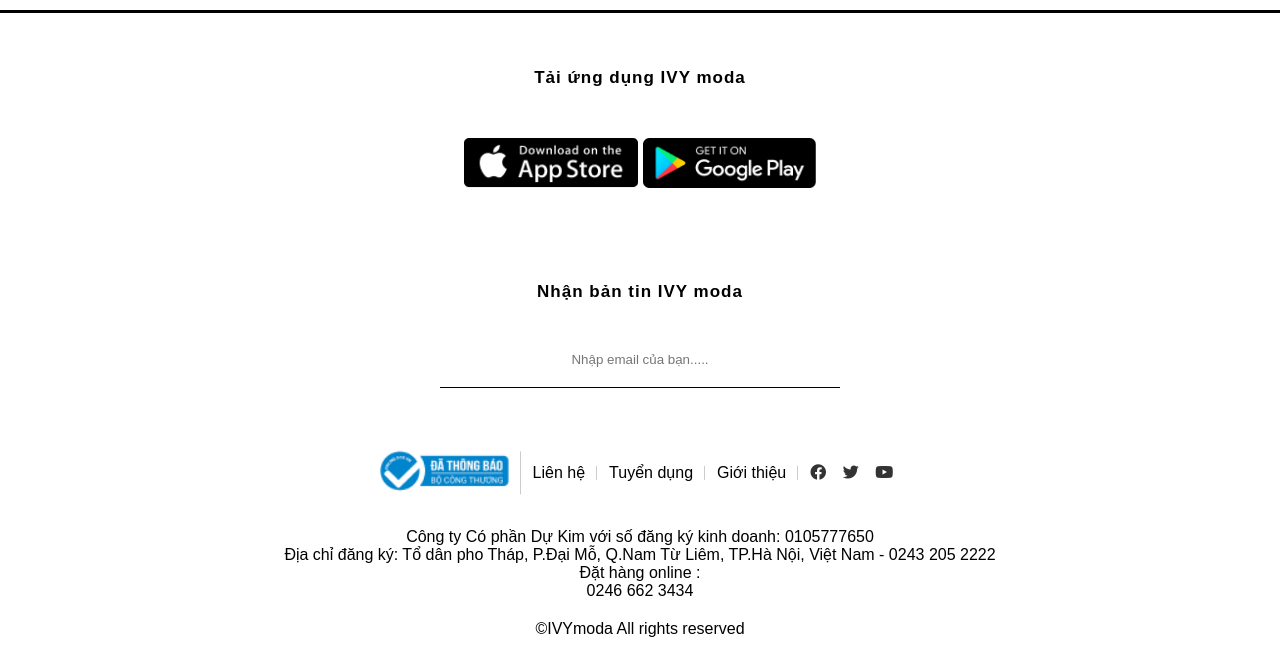
Repository: dinhvanbinh2310/ivy-moda
Page: payment.html
The author's editor kept a copy of each file at every save. The page is drawn from the files as they stood at one save, then again after the next save.
The browser window is 1280 px wide. The pictures show the part of the page from y = 1228 to 1905 px (the page is 1886 px tall before and 1905 px after).
A picture or video elsewhere on the page could not be fetched, so the positions and the page height are approximate.

Above is the page before, as saved 2022-05-09 00:32:42.

### payment.html
<!DOCTYPE html>
<html lang="en">
<head>
    <meta charset="UTF-8">
    <meta http-equiv="X-UA-Compatible" content="IE=edge">
    <meta name="viewport" content="width=device-width, initial-scale=1.0">
    <link rel="stylesheet" href="./fontawesome-free-6.1.1-web/css/all.css">
    <link rel="stylesheet" href="./css/style.css">
    <title>IVY moda</title>
</head>
<body>
<header>
    <div class="logo">
        <img src="./Images/logo.png" alt="logo" class="logo">
    </div>
    <div class="menu">
        <li><a href="">NỮ</a>
            <ul class="sub-menu">
                <li> <a href="">Hàng mới về</a>
                </li>
                <li> <a href="">Collection</a>
                </li>
                <li> <a href=""> Áo</a>
                    <ul>
                        <li> <a href="">Áo sơ mi</a>
                        </li>
                        <li> <a href="">Áo thun</a>
                        </li>
                        <li> <a href="">Áo khoác</a>
                        </li>
                        <li> <a href="">Áo len</a>
                        </li>
                    </ul>
                </li>
                <li> <a href="">Quần</a>
                    <ul>
                        <li> <a href="">Quần jean</a>
                        </li>
                        <li> <a href="">Quần lửng</a>
                        </li>
                        <li> <a href="">Quần dài</a>
                        </li>
                    </ul>
                </li>
            </ul>
        </li>
        <li><a href="">NAM</a>
        </li>
        <li><a href="">TRẺ EM</a>
        </li>
        <li><a href="">SALE</a>
        </li>
        <li><a href="">KHẨU TRANG</a>
        </li>
        <li><a href="">BST</a>
        </li>
        <li><a href="">THÔNG TIN</a>
        </li>
    </div>
    <div class="others">
        <li>
            <input placeholder="Tìm kiếm" type="text"> <i class="fa-solid fa-magnifying-glass"></i>
        </li>
        <li>
            <a class="fa-solid fa-paw" href=""></a>
        </li>
        <li>
            <a class="fa-solid fa-user" href=""></a>
        </li>
        <li>
            <a class="fa-solid fa-bag-shopping" href=""></a>
        </li>
    </div>
</header>
<!-----------------------------Payment----------------------------->
<section class="payment">
  <div class="container">
    <div class="delivery-top-wrap">
        <div class="delivery-top">
          <div class="delivery-top-delivery payment-top-item">
            <i class="fa-solid fa-cart-shopping "></i>
          </div>
          <div class="delivery-top-adress payment-top-item">
            <i class="fa-solid fa-location-dot"></i>
          </div>
          <div class="delivery-top-payment payment-top-item">
            <i class="fa-solid fa-credit-card "></i>
          </div>
        </div>
</div>
</div>
<div class="container">
  <div class="payment-content row">
    <div class="payment-content-left">
        <div class="payment-content-left-method-delivery">
          <p style="font-weight: bold;">Phương thức giao hàng</p>
        </div>
        <div class="payment-content-left-method-delivery-item">
          <input type="radio">
          <label for="">Giao hàng chuyển phát nhanh</label>
        </div>
            <div class="payment-content-left-method-payment">
              <p style="font-weight: bold;">Phương thức thanh toán</p>
              <p>Mọi giao dịch đều được bảo mật và mã hóa. Thông tin thẻ tín dụng sẽ không bao giờ được lưu lại.</p>
              <div class="payment-content-left-method-payment-item">
                <input name="method-payment" type="radio">
                  <label for="">Thanh toán bằng thẻ tín dụng(OnePay)</label>
              </div>
              <div class="payment-content-left-method-payment-item-img">
                <img src="https://onepay.vn/paygate/token/assets/img/VS.svg" alt="">
              </div>
              <div class="payment-content-left-method-payment-item">
                <input checked type="radio">
                  <label for="">Thanh toán bằng ATM(OnePay)</label>
              </div>
              <div class="payment-content-left-method-payment-item-img">
                <img src="https://onepay.vn/paygate/token/assets/img/banklogo/8_logo_full.svg" alt="">
              </div>
              <div class="payment-content-left-method-payment-item">
                <input type="radio">
                  <label for="">Thanh toán Momo</label>
              </div>
              <div class="payment-content-left-method-payment-item-img">
                <img src="https://payment.momo.vn/gw_payment/faces/javax.faces.resource/material/img/logo-1.png" alt="">
              </div>
              <div class="payment-content-left-method-payment-item">
                <input name="method-payment" type="radio">
                  <label for="">Thanh toán khi nhận hàng</label>
              </div>
            </div>
    </div>
    <div class="payment-content-right">
        <div class="payment-content-right-button">
          <input type="text" placeholder="Mã giảm giá/Qùa tặng">
            <button><i class="fa-solid fa-check"></i></button>
        </div>
        <div class="payment-content-right-button">
          <input type="text" placeholder="Mã cộng tác viên">
            <button><i class="fa-solid fa-check"></i></button>
        </div>
        <div class="payment-content-right-mvn">
          <select name="" id="" >
              <option value="">Chọn mã nhân viên thân thiết</option>
              <option value="">D345</option>
              <option value="">A345</option>
              <option value="">E345</option>
              <option value="">I345</option>
          </select>
        </div>
    </div>
  </div>
</div>
</section>


<div class="dot-horizontal">
</div>
<!------------------------------Footer---------------------------------->
<section class="app-container">
  <p>Tải ứng dụng IVY moda</p>
  <div class="app-google">
      <img src="./Images/appstore.png" alt="">
      <img src="./Images/googleplay.png" alt="">
  </div>
  <p>Nhận bản tin IVY moda</p>
  <input type="text" placeholder="Nhập email của bạn.....">
</section>

<div class="footer-top">
  <li>
      <a href=""> <img src="./Images/img-congthuong.png" alt="">
      </a>
  </li>
  <li>Liên hệ</li>
  <li>Tuyển dụng</li>
  <li>Giới thiệu</li>
  <li>
      <a href="" class="fa-brands fa-facebook"></a>
      <a href="" class="fa-brands fa-twitter"></a>
      <a href="" class="fa-brands fa-youtube"></a>
  </li>
</div>
<div class="footer-center">

  <p>
      Công ty Có phần Dự Kim với số đăng ký kinh doanh: 0105777650
      <br> Địa chỉ đăng ký: Tổ dân pho Tháp, P.Đại Mỗ, Q.Nam Từ Liêm, TP.Hà Nội, Việt Nam - 0243 205 2222
      <br> Đặt hàng online :
      <br>0246 662 3434
      <br>
  </p>
</div>
<div class="footer-bottom">
  ©IVYmoda All rights reserved
</div>
</body>
  </html>

### css/style.css
*{
  margin: 0;
  padding: 0;
  box-sizing: border-box;
  font-family: Arial, Helvetica, sans-serif;
}
li{
  list-style: none;
}
a{
  text-decoration: none;
  color: #000;
}
header{
  display: flex;
  justify-content: space-between;
  height: 70px;
  padding: 12px 50px;
  align-items: center;
  position: fixed;
  top: 0;
  left: 0;
  z-index: 1;
  background:#DDDDDDDD;
  width: 100%;
}

.logo{
  flex: 1;
  padding-top: 10px;
 size: 5px;
}
.menu{
  flex: 3;
  display: flex;
}
.menu > li{
  padding: 0 12px;
  position: relative;
}
.menu  li a{
  font-size: 12px;
  font-weight: bold;
  display: block;
  line-height: 20px;
}
.menu > li:hover .sub-menu{
  visibility: visible;
  top: 45px;
}
.sub-menu{
  position: absolute;
  width: 150px;
  border: 1px solid #ccc;
  padding: 10px 0 10px 20px;
  visibility: hidden;
  top: 75px;
  transition: 0.3s;
  z-index: 1;
  background-color: #fff;
}
.sub-menu ul{
  padding-left: 20px;
}
.sub-menu li a{
  font-size: 12px;
  font-weight: normal;
}

.others{
  flex: 1;
  display: flex;
}
.others > li{
  padding: 0 12px;
  position: relative;
}
.others>li::after{
  content: "";
  display: block;
  width: 1px;
  height: 75%;
  background: #cccccc;
  position: absolute;
  right: 0;
  top: 50%;
  transform: translateY(-50%);
}
.others > li:first-child{
  position: relative;

}
.others > li:first-child input{
  width: 100%;
  height: 100%;
  background: #0000;
  border: none;
  border-bottom:1px solid #333 ;
}
.others > li:first-child i{
position: absolute;
right: 10px;
}
.sliders{
  overflow: hidden;
}
.aspect-ratio-169 {
  display: block;
  position: relative;
  padding-top: 56.25%;
  transition: 0.3s;
}
.aspect-ratio-169 img {
  display: block;
  position: absolute;
  width: 100%;
  height: 100%;
  top: 0;
  left: 0;
}
.dot-container{
  position:absolute;
  height: 30px;
  width: 100%;
  display: flex;
  justify-content: center;
  padding-top: 10px;
}
.dot-horizontal{
  border-bottom: 3px solid black;
  padding-top: 30px;
 width: 100%;
 height: 100%;
 size: 100%;
}
.dot{
  height: 16px;
  width: 16px;
  background-color: #ccc;
  border-radius: 50%;
  margin-right: 12px;
  cursor: pointer;
}
.dot.active{
  background-color: #333;
}
/* -------------------------------app---------------------------- */
.app-container{
  text-align: center;
  align-items: center;
  padding: 15px 0 50px 0;
}
.app-google{
  margin:50px;
}
.app-google img{
  height: 50px;
  cursor: pointer;
}
.app-container p{
line-height: 20px;
letter-spacing: 1px;
font-size: 17px;
color:#000;
font-weight: bold;
padding-top: 40px;
}
.app-container input{
  margin-top: 50px;
  border: none;
  border-bottom: 1px solid #000;
  padding-bottom: 20px;
  width: 400px;
  text-align: center;
  outline: none;
}
.footer{
  text-align: center;
}
.footer-top{
  display: flex;
  text-align: center;
  justify-content: center;
  align-items: center;
  margin-bottom: 20px;
  height: 70px;
}
.footer-top img{
  height: 50px;
}
.footer-top li{
  padding: 0 12px;
  position: relative;
}
.footer-top li::after{
  content:"";
  display: block;
  width: 1px;
  height: 80%;
  background-color: #cccccc;
  position: absolute;
  right: 0;
  top: 50%;
  transform: translateY(-50%);
}
.footer-top li:last-child::after{
  display: none;
}
.footer-top li:last-child a{
margin-right: 12px;
color:#333;
}
.footer-center{
  text-align: center;
}
.footer-bottom{
  margin: 20px 0;
  text-align: center;
}
/* Cartegory */
.cartegory{
  padding: 100px 0 0;
}
.container{
  max-width: 1200px;
  margin: auto;
}
.row{
  display: flex;
  flex-wrap: wrap;
}
.cartegory-top{
  margin-bottom: 50px;
}
.cartegory-top p{
  font-family: Arial, Helvetica, sans-serif;
margin: 0 12px;
font-size: 12px;
}
.cartegory-left{
  width: 20%;
}
.cartegory-right{
  width: 80%;
}
.cartegory-right-top-item:first-child{
  flex: 2;
font-size: 16px;
font-family: Arial, Helvetica, sans-serif;
font-weight: bold;
}
.cartegory-right-top-item{
  flex: 1;
  padding: 0 12px;
}
.cartegory-right-top-item button{
  width: 100%;
  padding: 10px 15px;
  display: flex;
  justify-content: space-between;
  background-color: #ffff;
  border: 1px solid #dddd;
  cursor: pointer;
}
.cartegory-right-top-item select{
  width: 100%;
  padding: 10px 15px;
  display: flex;
  justify-content: space-between;
  background-color: #ffff;
  border: 1px solid #dddd;
  cursor: pointer;
}
.cartegory-right-content{
  margin-top: 20px;
  justify-content: space-between;
}
.cartegory-right-content-item{
  width: calc(25% - 12px);
  text-align: center;
  padding: 12px 0;
}
.cartegory-right-content-item h1{
  font-size: 11px;
font-family: Arial, Helvetica, sans-serif;
  margin-top: 6px;
  color: #333333;
}
.cartegory-right-content-item img{
  width: 100%;
}
.cartegory-right-content-item p{
  font-size: 12px;
}
.cartegory-right-bottom{
  justify-content: space-between;
  margin: 30px 0 20px;
  width: 100%;
}
.cartegory-right-bottom p{
  font-family: Arial, Helvetica, sans-serif;
font-size: 11px;
}
.cartegory-left ul li{
  padding: 12px 0;
}
.cartegory-left ul li >a{
  color: black;
  font-size: 16px;
  font-weight: bold;
  font-family: Arial, Helvetica, sans-serif;
}
.cartegory-left ul li ul li{
  padding-left: 10px;
}
.cartegory-left-li ul{
  display: none;
}
.cartegory-left-li.block ul{
  display: block;
}
.cartegory-left ul li ul li a{
  color: #333333;
}
/* -----------------Product------------------ */
.product{
  padding: 100px 0;

}
.product-top{
  margin-bottom: 30px;
}
.product-top p{
  font-family: Arial, Helvetica, sans-serif;
  margin: 0 12px;
  font-size: 12px;
}
.product-content-left{
  width: 50%;
}

.product-content-left-big-img{
  width: 80%;
  padding-right: 20px;
}
.product-content-left-big-img img{
  width: 100%;
}
.product-content-left-small-img{
  width: 20%;
}
.product-content-left-small-img img{
  width: 100%;
  cursor: pointer;
}
.product-content-right{
  width: 50%;
  padding-left: 20px;
}
.product-content-right-product-name{
  font-family: Arial, Helvetica, sans-serif;
font-size: 16px;
}
.product-content-right-product-name p{
  color: #cccc;
  font-size: 12px;
}
.product-content-right-product-price{
  margin: 12px 0;
  font-size: 20px;
  font-weight: bold;
  font-family: Arial, Helvetica, sans-serif;
}
.product-content-right-product-color img{
  width: 30px;
  height: 30px;
  border-radius: 50%;
}
.product-content-right-product-color-img{
  height: 40px;
  width: 40px;
  border: 1px soild #333;
  display: flex;
  align-items: center;
  justify-content: center;
  margin: 12px 0;
}
.size span{
  display: inline-block;
  padding: 3px 6px;
  border: 1px solid #dddddd;
  margin: 12px 10px 12px 0;
  font-size: 17px;
  cursor: pointer;
}
.quantity{
  display: flex;
  margin-bottom: 20px;
}
.quantity input{
  width: 35px;
  padding-left: 3px;
}
.product-content-right-product-button button{
  width: 150px;
  height: 40px;
  display: block;
  margin: 20px 0 12px;
  transition: all 0.3s ease;
}
.product-content-right-product-button button:first-child{
  display: flex;
  justify-content: space-evenly;
  align-items: center;
  background-color: #ffff;
  border: 2px solid black;
  cursor: pointer;
}
.product-content-right-product-button button:first-child:hover{
  background-color: black;
  color: #ffff;
}
.product-content-right-product-button button:last-child{
  color: #BF8A49;
  border: 2px solid #BF8A49;
  background-color: #ffff;
  cursor: pointer;
}
.product-content-right-product-icon {
display: flex;
}
.product-content-right-product-icon p{
  list-style: none;
  color: #000;
  font-weight: 200;
  font-size: 14px;
  font-family: Arial, Helvetica, sans-serif;
  margin-right: 6px;
}
.product-content-right-product-icon-item{
  display: flex;
  margin-right: 12px;
  justify-content: center;
  align-items: center;
}
.product-content-right-product-icon-item i{
  font-size: 12px;
  margin-right: 6px;
  display: flex;
}
.product-content-right-product-icon-item p {
margin-left: 6px;
}
.product-content-right-product-qr img{
  margin: 20px 0;
  width:60px;
  height:60px;
}
.product-content-right-bottom{
  padding-top: 40px;
  border-top: 1px solid #dddd;
  position: relative;

}
.product-content-right-bottom-top{
position: absolute;
width: 30px;
height: 30px;
border: 2px solid #dddd;
display: flex;
justify-content: center;
align-items: center;
background-color: #ffff;
left: 50%;
top: -15px;
border-radius: 50%;
transform: translateX(-50%);
cursor: pointer;
}
.product-content-right-bottom-content-title{
  border-bottom: 2px solid #dddd;
}
.product-content-right-bottom-content-title-item{
  padding: 6px;
  cursor: pointer;
  margin-right: 6px;
}
.product-content-right-bottom-content-title-item p{
  font-family: Arial, Helvetica, sans-serif;
  font-size: 14px;
}
.product-content-right-bottom-content{
  padding-top: 30px;
  color: #3e3e3f;
  font-size: 14px;
 }
 .product-content-right-bottom-content-detail{
   display: none;
 }
 .product-content-right-bottom-content-detail th{
   padding-right: 50px;
   text-align: left;
 }
 .product-content-right-bottom-content-preserve{
  display: none;
 }
.activeB{
  display: none;
}
/*---------------------product related----------------- */
.product-related{
  margin-bottom: 50px;
}
.product-related-title{
  margin: 20px 0;
}
.product-related-title p{
  font-family: Arial, Helvetica, sans-serif;
  font-size: 14px;
  font-weight: bold;
  color: #333;
}
.product-related-item{
  width: 20%;
  text-align: center;
  padding: 0 6px;
}
.product-related-item img{
  width: 100%;
}
.product-related-item h1{
  font-family: Arial, Helvetica, sans-serif;
  font-size: 12px;
  color: #333;
  margin-top: 6px;
}
.product-related-item p{
  font-size: 12px;
  text-decoration: line-through;
}
/*-----------------------------cart-----------------------------*/
.cart{
  padding: 100px 0;
}
.cart-top-wrap{
  display: flex;
  justify-content: center;
  align-items: center;
}
.cart-top{
  display: flex;
  height: 2px;
  width: 70%;
  background-color: #ddd;
  justify-content: space-between;
  align-items: center;
  margin: 50px 0 100px;
}
.cart-top-item{
  width: 40px;
  height: 40px;
  border-radius: 50%;
  border: 1px solid #dddd;
  display: flex;
  align-items: center;
  justify-content: center;
  background-color: #fff;
}
.cart-top-item i{
  color: #dddd;
}
.cart-top-cart {
  border: 1px solid #0DB7EA;
}
.cart-top-cart i{
  color: #0DB7EA;
}
.cart-content-left{
  flex: 2;
  padding-right: 12px;
}
.cart-content-left table{
  width: 100%;
  text-align: center;
}
.cart-content-left table th{
  padding-bottom: 30px;
  font-family: Arial, Helvetica, sans-serif;
  font-style: 12px;
  text-transform: uppercase;
  color: #333;
  border-collapse: collapse;
  border-bottom: 2px solid #dddd;
}
.cart-content-left table p{
  padding-bottom: 30px;
  font-family: Arial, Helvetica, sans-serif;
  color: #333;
}
.cart-content-left table input{
  width: 30px;
  margin-bottom: 30px;
}
.cart-content-left table span{
  display: block;
  margin-bottom: 30px;
  width: 20px;
  height: 20px;
  border: 1px solid #ddd;
  cursor: pointer;
}
.cart-content-left table td{
  padding: 20px 0;
  border-bottom: 2px solid #ddd;
}
.cart-content-left table td img{
  padding-bottom: 30px;
  font-family: Arial, Helvetica, sans-serif;
}
.cart-content-left td:first-child img{
  width: 130px;
}
.cart-content-left td:nth-child(2){
  max-width: 130px;
}
.cart-content-left td:nth-child(3) img{
  width: 30px;
}
.cart-content-right{
  flex: 1;
  padding-left: 12px;
  border-left: 2px solid #dddd;
}
.cart-content-right table{
  width: 100%;
}
.cart-content-right table th{
  padding-bottom: 35px;
  font-family: Arial, Helvetica, sans-serif;
  font-size: 12px;
  color: #333;
  border-collapse: collapse;
  border-bottom: 2px solid #dddd;
}
.cart-content-right table td{
  font-family: Arial, Helvetica, sans-serif;
  font-size: 12px;
  color: #333;
  padding: 6px 0;
}
.cart-content-right tr:nth(4) td{
  border-bottom: 2px solid #dddd;

}
.cart-content-right tr td:last-child{
  text-align: right;
}
.cart-content-right-text{
  margin: 20px 0;
  text-align: center;
}
.cart-content-right-text p{
  font-family: Arial, Helvetica, sans-serif;
  font-size: 12px;
  color: #333;
  padding-top: 20px;
}
.cart-content-right-button{
  text-align: center;
  align-items: center;
}
.cart-content-right-button button{
  padding: 0 18px;
  margin-top: 20px;
  height: 35px;
  cursor: pointer;;
}
.cart-content-right-button button:first-child{
  background-color: #fff;
  border: 1px solid black;
  margin-right: 20px;
}
.cart-content-right-button button:first-child:hover{
  background-color: #ddd;
}
.cart-content-right-button button:last-child{
  background-color: black;
  color: #fff;
  border: none;
  border: 1px solid black;
}
.cart-content-right-button button:last-child:hover{
  background-color: #dddd;
  color: black;
}
.cart-content-right-login{
  margin-top: 20px;
}
.cart-content-right-login p{
  font-family: Arial, Helvetica, sans-serif;
  font-size: 12px;
  color: #333;
  padding-top: 30px;
}
/*-----------------------------Delivery-----------------------------*/
.delivery{
  padding: 100px 0;
}
.delivery-top-wrap{
  display: flex;
  justify-content: center;
  align-items: center;
}
.delivery-top{
  height: 2px;
  width: 70%;
  background-color: #dddd;
  display: flex;
  justify-content: space-between;
  align-items: center;
  margin: 50px 0 100px;
}
.delivery-top-item{
  width: 40px;
  height: 40px;
  border-radius: 50%;
  border: 1px solid #dddd;
  display: flex;
  align-items: center;
  justify-content: center;
  background-color: #fff;
}
.delivery-top-item i{
  color: #dddd;
}
.delivery-top-adress {
  border:1px solid #0DB7EA;
}
.delivery-top-adress i{
  color: #0DB7EA;
}
.delivery-content-left{
  width: 60%;
  padding-right: 12px;
}
.delivery-content-left p{
  font-family: Arial, Helvetica, sans-serif;
  font-size: 12px;
}
.delivery-content-left label{
  font-family: Arial, Helvetica, sans-serif;
  font-size: 12px;
  margin-bottom: 6px;
  display: block;
}
.delivery-content-left > p{
  font-weight: bold;
}
.delivery-content-left-signin{
  margin-top: 12px;
}
.delivery-content-left-signin i{
  font-size: 12px;
  margin-right: 12px;
}
.delivery-content-left-strange-customers{
  margin: 12px 0;
}
.delivery-content-left-strange-customers input{
  margin-right: 12px;
}
.delivery-content-left-signup{
  margin-bottom: 30px;
}
.delivery-content-left-signup  input{
  margin-right: 12px;
}
.delivery-content-left-input-top{
justify-content: space-between;
 margin-bottom: 18px;
}
.elivery-content-left-input-top-item{
  width: calc(50% - 12px);
}
.delivery-content-left-input-top-item input{
  width: 100%;
  height: 35px;
  border: 1px solid #ddd;
  padding-left: 6px;
}
.delivery-content-left-input-input-bottom input{
  width: 100%;
  height: 35px;
  border: 1px solid #ddd;
  padding-left: 6px;
}
.delivery-content-left-button p {
display: inline-block;
font-family: Arial, Helvetica, sans-serif;
font-size: 12px;
}
.delivery-content-left-button span{
  margin-right: 12px;
}
.delivery-content-left-button{
  justify-content: space-between;
  padding-top: 20px;
}
.delivery-content-left-button button{
  height: 35px;
  border: 1px solid black;
  padding: 6px 12px;
  cursor: pointer;
  transition: all 0.2s ease ;
}
.delivery-content-left-button button:hover{
    background-color: black;
    color: #fff;
}
.delivery-content-right{
  width: 40%;
  padding-left: 12px;
  border-left: 2px solid #dddd;
  height: auto;
}
.delivery-content-right table{
  width: 100%;
  font-family: Arial, Helvetica, sans-serif;
font-size: 12px;
text-align: center;
}
.delivery-content-right table tr th:first-child{
  text-align: left;
}
.delivery-content-right table tr th{
  padding-bottom: 12px;
  border-bottom: 2px solid #dddd;
}
.delivery-content-right table tr th:last-child{
  text-align: right;
}
.delivery-content-right table tr td{
  padding: 6px 0;
}
.delivery-content-right table tr:nth-child(4){
  border-top: 2px solid #dddd;
}
.delivery-content-right table tr td:first-child{
  text-align: left;
}
.delivery-content-right table tr td:last-child{
  text-align: right;
}

Loaded but not shown: fontawesome-free-6.1.1-web/css/all.css (library)

After the next save:
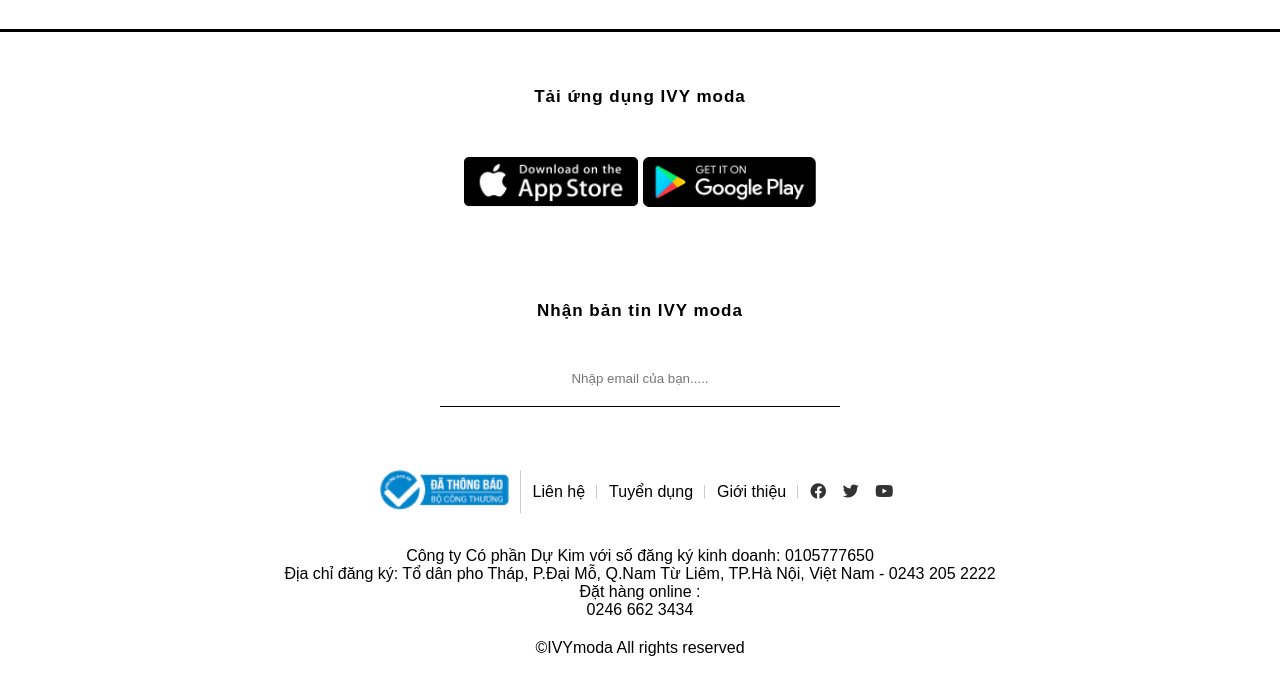
Saved 2 min 55 s later.
--- a/payment.html
+++ b/payment.html
@@ -149,6 +149,9 @@
         </div>
     </div>
   </div>
+  <div class="payment-content-right-payment">
+    <button>TIẾP TỤC THANH TOÁN</button>
+  </div>
 </div>
 </section>
 
